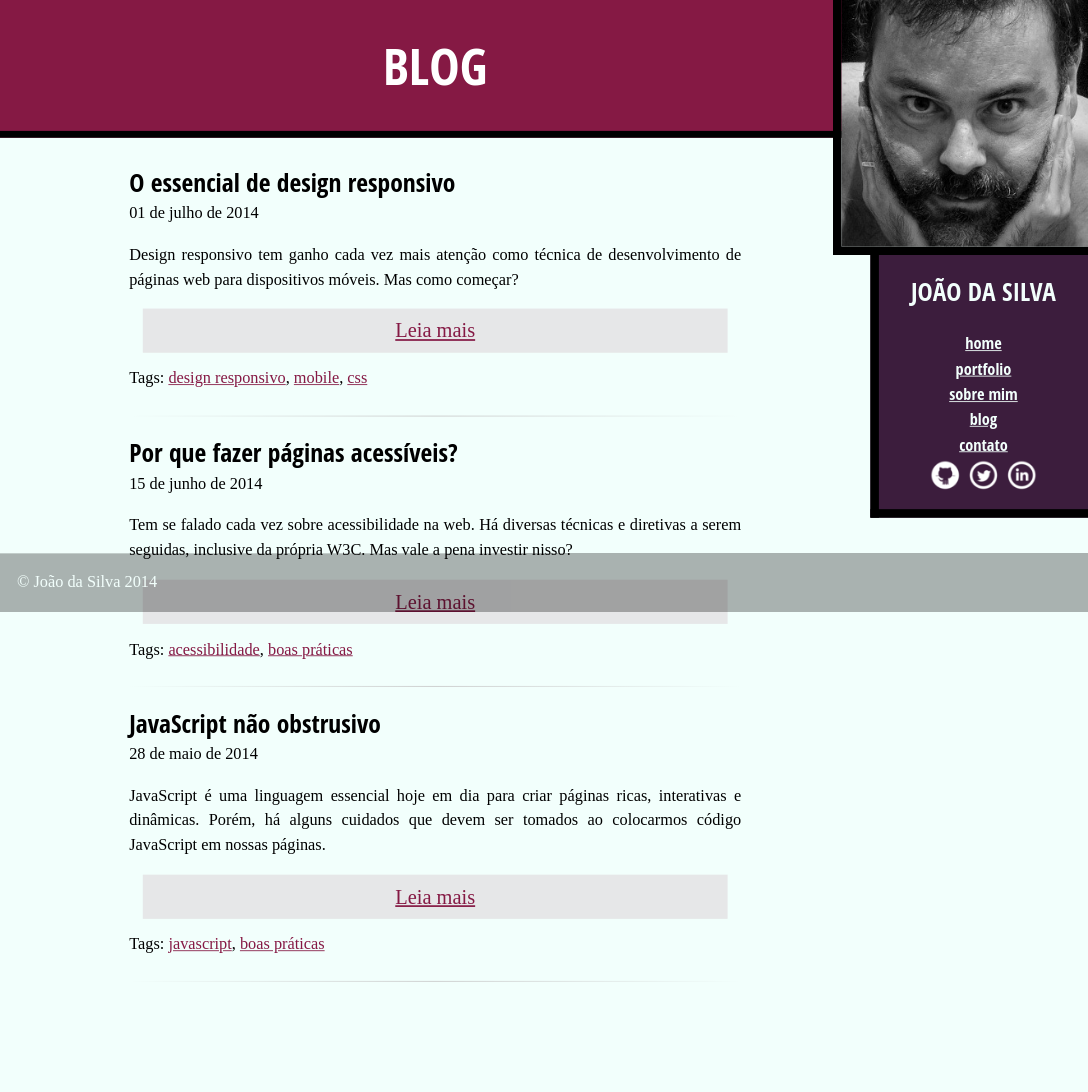
Repository: MichelMiola/html5Css3Avancado
Page: projeto/blog.html
The author's editor kept a copy of each file at every save. The page is drawn from the files as they stood at one save, then again after the next save.
The browser window is 1280 px wide. The pictures show the whole page, at 85% of full size.
Some web fonts or font styles are not loaded; a fallback is used.

Above is the page before, as saved 2015-03-20 20:39:47.

### projeto/blog.html
<!DOCTYPE html>
<html>
<head>
    <meta charset="utf-8">
    <title>Blog - João da Silva</title>
    <link rel="icon" href="imagens/favicon.png">
    <link rel="stylesheet" href="css/reset.css">
    <link rel="stylesheet" href="css/site.css">
    <link rel="stylesheet" href="css/blog.css">
    <link rel="stylesheet" href="http://fonts.googleapis.com/css?family=Crimson+Text:400,400italic,600">
    <link rel="stylesheet" href="http://fonts.googleapis.com/css?family=Open+Sans+Condensed:700">
</head>
<body>
    <main>
        <h1 class="titulo-principal">Blog</h1>
        <div class="container">
            <article class="post-blog">
                <h2 class="subtitulo-texto">O essencial de design responsivo</h2>
                <time datetime="2014-07-01">01 de julho de 2014</time>
                <p>Design responsivo tem ganho cada vez mais atenção como técnica de desenvolvimento de páginas web para dispositivos móveis. Mas como começar?</p>
                <a class="leia-mais" href="#">Leia mais</a>
                <footer>Tags: <a href="#">design responsivo</a>, <a href="#">mobile</a>, <a href="#">css</a></footer>
            </article>
            <article class="post-blog">
                <h2 class="subtitulo-texto">Por que fazer páginas acessíveis?</h2>
                <time datetime="2014-06-15">15 de junho de 2014</time>
                <p>Tem se falado cada vez sobre acessibilidade na web. Há diversas técnicas e diretivas a serem seguidas, inclusive da própria W3C. Mas vale a pena investir nisso?</p>
                <a class="leia-mais" href="#">Leia mais</a>
                <footer>Tags: <a href="#">acessibilidade</a>, <a href="#">boas práticas</a></footer>
            </article>
            <article class="post-blog">
                <h2 class="subtitulo-texto">JavaScript não obstrusivo</h2>
                <time datetime="2014-05-28">28 de maio de 2014</time>
                <p>JavaScript é uma linguagem essencial hoje em dia para criar páginas ricas, interativas e dinâmicas. Porém, há alguns cuidados que devem ser tomados ao colocarmos código JavaScript em nossas páginas.</p>
                <a class="leia-mais" href="#">Leia mais</a>
                <footer>Tags: <a href="#">javascript</a>, <a href="#">boas práticas</a></footer>
            </article>
        </div>
    </main>
    <img src="imagens/eu.jpg" alt="Minha foto" class="minha-foto">
    <aside class="navegacao-site">
        <h1>João da Silva</h1>
        <nav>
            <ul>
                <li><a href="index.html">Home</a></li>
                <li><a href="portfolio.html">Portfolio</a></li>
                <li><a href="bio.html">Sobre mim</a></li>
                <li><a href="blog.html">Blog</a></li>
                <li><a href="contato.html">Contato</a></li>
            </ul>
        </nav>
        <ul class="icones-redes-sociais">
            <li>
                <a href="https://github.com/joaodasilva" class="github">
                    Github
                </a>
            </li>
            <li>
                <a href="https://twitter.com/joaodasilva" class="twitter">
                    Twitter
                </a>
            </li>
            <li>
                <a href="https://br.linkedin.com/pub/joão-da-silva/32/4/508" class="linkedin">
                    LinkedIn
                </a>
            </li>
        </ul>
    </aside>
    <footer class="rodape-pagina">
        &copy; João da Silva 2014
    </footer>
</body>
</html>

### projeto/css/site.css
body {
    font-family: "Crimson Text", "Times New Roman", serif;
    background-color: #F2FFFC;
    font-size: 120%;
    line-height: 1.5;
}

h1,
h2,
.subtitulo-principal {
    font-family: "Open Sans Condensed", "Arial", sans-serif;
}

h1 {
    text-transform: uppercase;
    font-size: 60px;
}

.titulo-principal {
    text-align: center;
    background-color: #851944;
    color: #FFF;
    padding: 2rem;
    border-bottom: .5rem solid #000;
}

.subtitulo-texto {
    font-size: 30px;
    clear: both;
}

main a {
    color: #851944;
}

main p {
    text-align: justify;
    margin: 20px 0;
}

.navegacao-site {
    text-align: center;
    background-color: #3C1D3D;
    color: #F2FFFC;
    padding: 20px;
}

.navegacao-site a {
    color: inherit;
    font-family: "Open Sans Condensed", "Arial", sans-serif;
    text-transform: lowercase;
}

.navegacao-site h1 {
    font-size: 30px;
    margin-bottom: 25px;
}

.rodape-pagina {
    background-color: #000;
    color: #F2FFFC;
    padding: 20px;
    clear: both;
    position: fixed;
    bottom: 0;
    left: 0;
    width: 100%;
    box-sizing: border-box;
    background-color: rgba(0, 0, 0, 0.3);
}

.container {
    width: 720px;
    margin-left: auto;
    margin-right: auto;
    padding: 30px 0;
}

strong {
    font-weight: bold;
}

em {
    font-style: italic;
}

.icones-redes-sociais li {
    display: inline-block;
}

.icones-redes-sociais a {
    width: 40px;
    height: 40px;
    display: block;
    text-indent: -99999px;
}

.github {
    background-image: url(../imagens/github.png);
}

.twitter {
    background-image: url(../imagens/twitter.png);
}

.linkedin {
    background-image: url(../imagens/linkedin.png);
}

main {
    width: 80%;
    float: left;
    padding-bottom: 80px;
}

.minha-foto,
.navegacao-site {
    border-left: 10px solid black;
    border-bottom: 10px solid black;
    box-sizing: border-box;
}

.navegacao-site {
    width: 20%;
    float: right;
    position: relative;
    top: 300px;
}

.minha-foto {
    position: absolute;
    top: 0;
    right: 0;
    height: 300px;
}

.leia-mais {
    padding: .5em;
    margin: 1em;
    display: block;
    font-size: 1.25em;
    text-align: center;
    background-color: #E6E7E8;
}

.citacao-bio {
    background-color: #D9E5E3;
    border: .5em solid #C2CCCA;
    padding: 1em;
    margin: 1em 2em;
    width: 30ch;
    box-sizing: border-box;
}

### projeto/css/blog.css
.leia-mais {
    padding: 8px;
    margin: 16px;
    display: block;
    font-size: 24px;
    text-align: center;
    background-color: #E6E7E8;
}

.post-blog {
    padding-bottom: 30px;

    margin-bottom: 20px;
    background-image: linear-gradient(to right, transparent, black, transparent);
    background-size: 100% 1px;
    background-repeat: no-repeat;
    background-position: bottom center;
    background-image: linear-gradient(to right,
    rgba(200, 200, 200, 0),
    rgba(200, 200, 200, 1),
    rgba(200, 200, 200, 0));
}

Loaded but not shown: projeto/css/reset.css (common file)

After the next save:
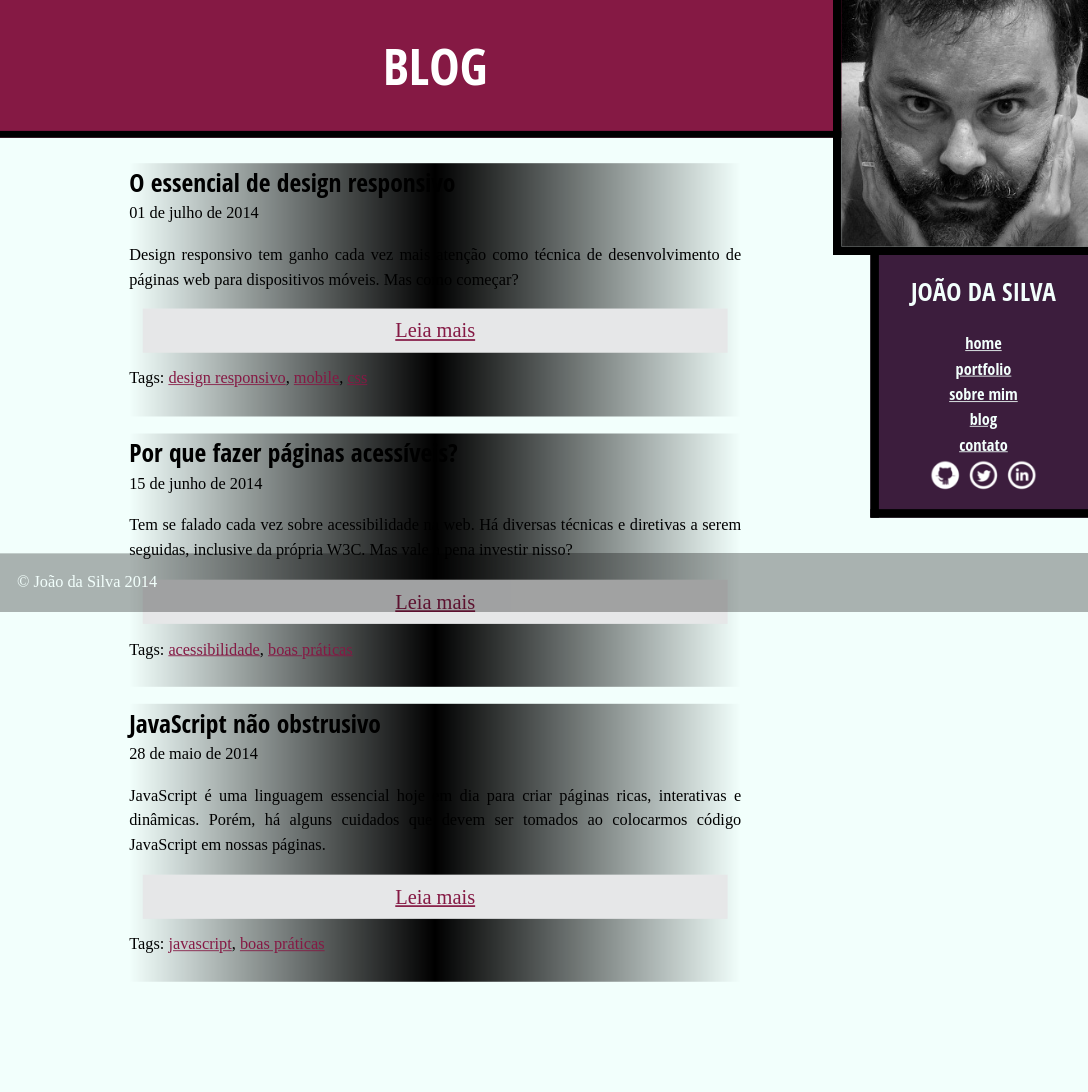
Saved 14 s later.
--- a/projeto/css/blog.css
+++ b/projeto/css/blog.css
@@ -13,10 +13,5 @@
     margin-bottom: 20px;
     background-image: linear-gradient(to right, transparent, black, transparent);
     background-size: 100% 1px;
-    background-repeat: no-repeat;
-    background-position: bottom center;
-    background-image: linear-gradient(to right,
-    rgba(200, 200, 200, 0),
-    rgba(200, 200, 200, 1),
-    rgba(200, 200, 200, 0));
+
 }

After the save that followed:
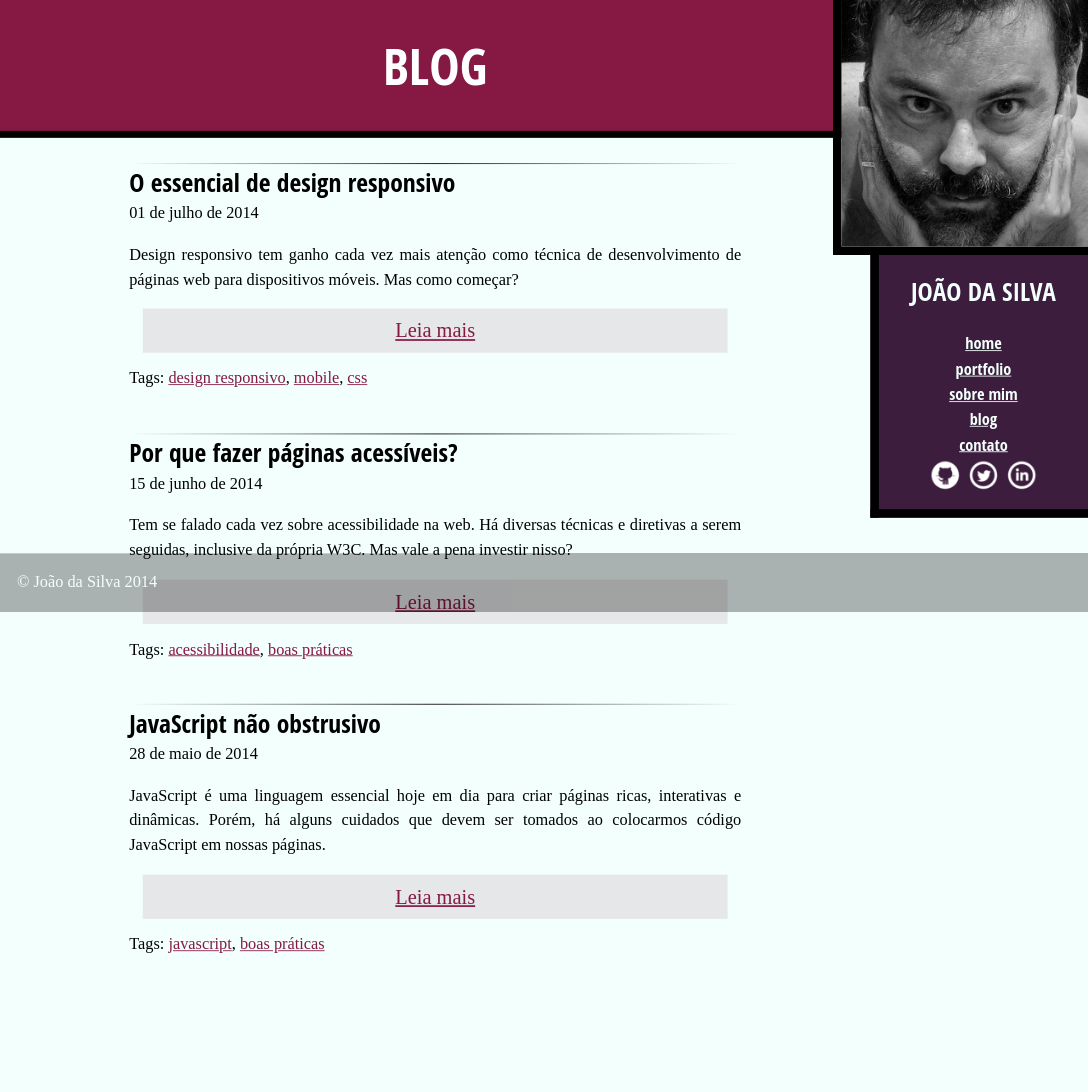
Saved 13 s later.
--- a/projeto/css/blog.css
+++ b/projeto/css/blog.css
@@ -13,5 +13,6 @@
     margin-bottom: 20px;
     background-image: linear-gradient(to right, transparent, black, transparent);
     background-size: 100% 1px;
+    background-repeat: no-repeat;
 
 }
